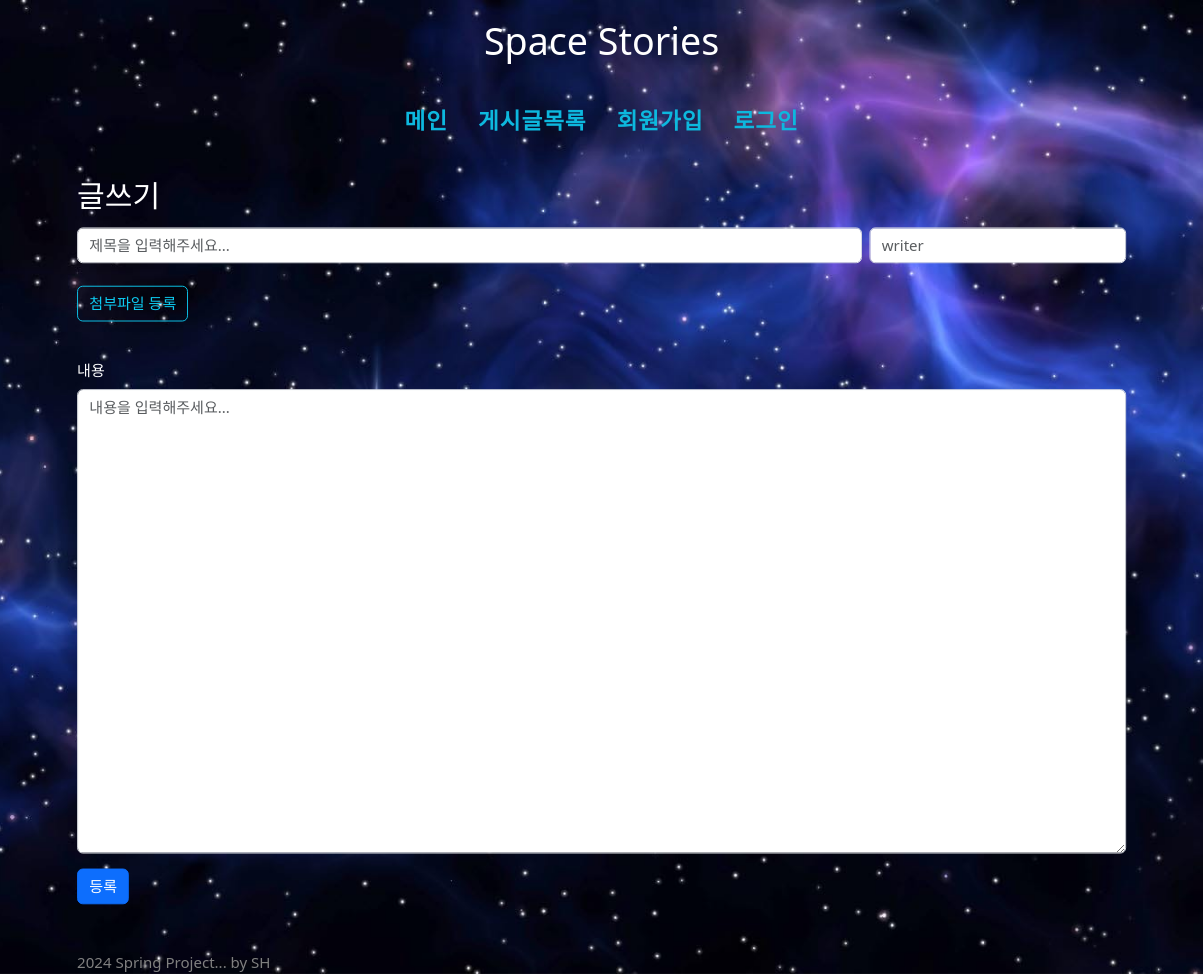
Repository: dtkd19/spring_personal_project
Page: http://localhost/myproject/WEB-INF/views/board/register.jsp
These files come from the project's save history. The page is drawn as it stood at one moment and after the next save; the edit follows.
The browser window is 1280 px wide. The pictures show the whole page, at 94% of full size.
The page is served by Tomcat 9. Nobody is signed in. Other server files are loaded and not shown. The template is opened directly, without the code that normally fills it, so the values that code supplies are empty.

Above is the page before, as saved 2024-11-08 09:13:53.

### myproject/src/main/webapp/WEB-INF/views/board/register.jsp
<%@ page language="java" contentType="text/html; charset=UTF-8"
	pageEncoding="UTF-8"%>
<%@ taglib uri="http://java.sun.com/jsp/jstl/core" prefix="c"%>
<%@ taglib uri="http://www.springframework.org/security/tags"  prefix="sec"%>

<jsp:include page="../layout/header.jsp" />

<sec:authentication property="principal.uvo.nickName" var="authNick"/>
<div class="container-md">
	<h2 style="margin-bottom: 15px">글쓰기</h2>
	<form action="/board/register" method="post" enctype="multipart/form-data">
		<div class="row g-2">
		  <div class="col-sm-9">
		   <input type="text"class="form-control" id="t" name="title" placeholder="제목을 입력해주세요...">
		  </div>
		  <div class="col-sm">
		    <input type="text" class="form-control" id="w" name="writer" placeholder="writer" value="${authNick }" readonly="readonly">
		  </div>
		</div>
		<div class="mb-3">
			<label for="file" class="form-label"></label>
			<input type="file" class="form-control" id="file" name="files" multiple="multiple" style="display:none">
			<div class="fBtn">
			<button type="button" class="btn btn-outline-info" id="trigger">첨부파일 등록</button>
			</div>
			<span id="fileZone"></span>
		</div>
		<div class="mb-3">
		<br>
			<label for="c" class="form-label">내용</label>
			<textarea class="form-control" id="c" rows="20" cols="5" name="content" placeholder="내용을 입력해주세요..."></textarea>
		</div>
		<button type="submit" class="btn btn-primary" id="regBtn">등록</button>
	</form>
</div>

<script type="text/javascript" src="/resources/js/boardRegister.js"></script>

<jsp:include page="../layout/footer.jsp" />

### myproject/src/main/webapp/resources/css/header.css
@charset "UTF-8";

body{
	background-image: url("../image/123123123.jpg");
    background-size: cover;
    background-position: center center;
    background-repeat: no-repeat;

.nbar{
	width : 100%;
	color: #ECF0F5;
}

.nbar a{
	  color: #0DB8DE;
	  text-decoration: none;
	  font-weight: bold;
	  letter-spacing: 1px;
	  transition: color 0.3s ease;
	  margin-top: 10px;
}
.nbar a:hover {
    color: #0098C;
}

.container-md{
	margin-top: 30px;
	color: white;
}

.pj{
	padding: 20px;
	color: white;
}

### myproject/src/main/webapp/resources/js/boardRegister.js
console.log("boardRegister.js.in");

document.getElementById('trigger').addEventListener('click', () => {
    document.getElementById('file').click();
})

// 실행파일에 대한 정규표현식 작성 / 파일 최대 사이즈 20MB
const regExp = new RegExp("\.(exe|jar|msi|dll|sh|bat)$");
const maxSize = 1024*1024*20;

function fileValidation(fileName, fileSize){
    if(regExp.test(fileName)){
        return 0;
    } else if (fileSize > maxSize){
        return 0;
    } else {
        return 1;
    }
}

document.addEventListener('change', (e) => {
    console.log(e.target);
    if(e.target.id == 'file'){ // 파일창에 변화가 생겼다면..
        // type="file" element에 저장된 file 정보를 가져오는 property files
        const fileObj = document.getElementById('file').files;
        console.log(fileObj);

        // 한번 disabled 되면 혼자 false가 될 수 없기때문에 버튼을 원상복구.
        document.getElementById('regBtn').disabled = false;

        // 내가 등록한 파일 정보를 파일 목록으로 추가
        // 등록한 파일이 fileValidation 에 맞지 않으면 register 버튼을 비활성화
        // 파일 목록에 업로드 불가능이라고 추가 빨간색 폰트추가
        let div = document.getElementById('fileZone');
        div.innerHTML = ""; // 새로 추가되는 목록이 있다면 삭제하고 처리

       // 여러개의 첨부파일이 모두 검증을 통과해야만 register 버튼을 활성화
       // isOk = 1 * 리턴이 0이 하나라도 있으면 => 0  (1부터 시작하는 누적 곱)
       let isOk = 1;
       let ul = ` <ul class="list-group list-group-flush">`
        // 개별 파일에 대한 검증 / 결과 표시
        for(let file of fileObj){
            // 개별 파일에 대한 검증 결과 리턴 변수
            let validResult = fileValidation(file.name, file.size)
            isOk *=  validResult;
            ul +=  `<li class="list-group-item">`;
            ul += `<div class="ms-2 me-auto">`;
            ul += `${validResult ? `<div class="fw-bold text-success-emphasis"></div>` : `<div class="fw-bold text-danger-emphasis">업로드 불가능</div>`}`;
            ul += `${file.name}</div>`;
            ul += `<span class="badge text-bg-${validResult ? 'success' : 'danger'} rounded-pill">${file.size}Bytes</span>`
            ul += `</li>`;
        }
       ul += `</ul>`
       div.innerHTML += ul;
        if(isOk == 0){
            // 하나라도 검증을 통과하지 못한 파일이 있다면... 버튼 비활성화
            document.getElementById('regBtn').disabled = true;
        }


    }
})

Loaded but not shown: myproject/src/main/webapp/WEB-INF/views/layout/header.jsp (common file); myproject/src/main/webapp/WEB-INF/views/layout/footer.jsp (common file)

After the next save:
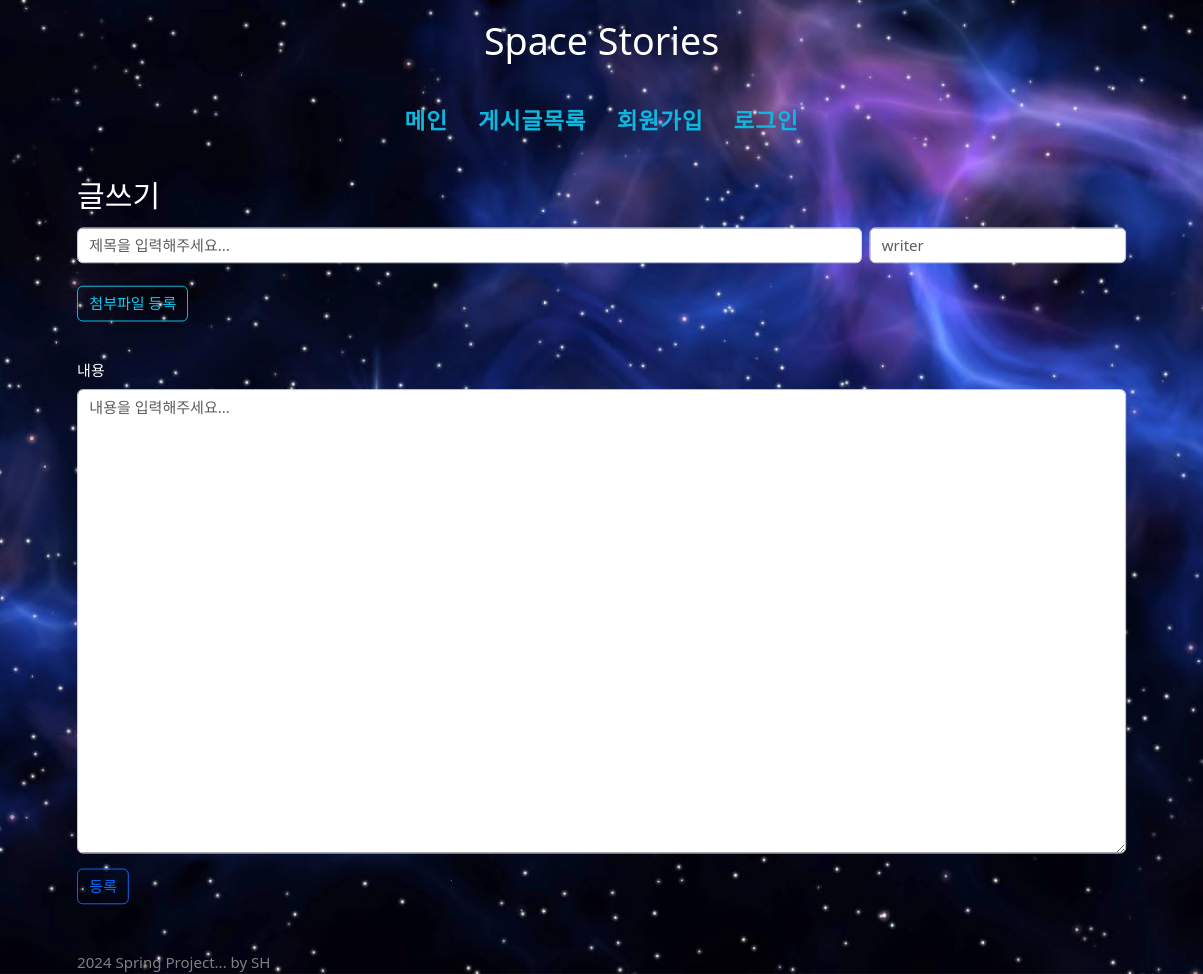
Saved 2 min 39 s later.
--- a/myproject/src/main/webapp/WEB-INF/views/board/register.jsp
+++ b/myproject/src/main/webapp/WEB-INF/views/board/register.jsp
@@ -30,7 +30,7 @@
 			<label for="c" class="form-label">내용</label>
 			<textarea class="form-control" id="c" rows="20" cols="5" name="content" placeholder="내용을 입력해주세요..."></textarea>
 		</div>
-		<button type="submit" class="btn btn-primary" id="regBtn">등록</button>
+		<button type="submit" class="btn btn-outline-primary" id="regBtn">등록</button>
 	</form>
 </div>
 
